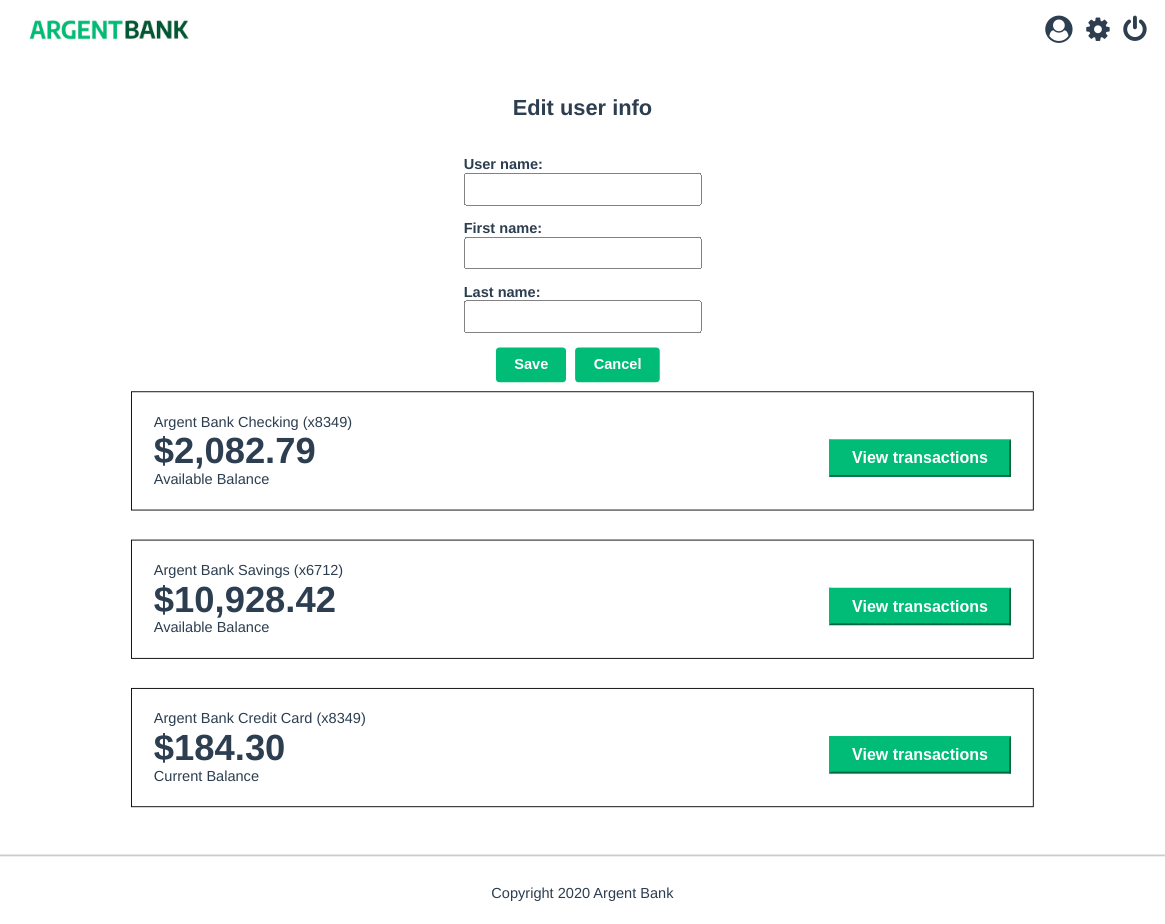
Repository: Dimple3377/ArgentBank-website
Page: /edit-user (app in banking-app/)
These files come from the project's save history. The page is drawn as it stood at one moment and after the next save; the edit follows.
The browser window is 1280 px wide. The pictures show the whole page, at 91% of full size.
The project was rebuilt for these pictures with package versions that can differ from the ones it lists, and the page was loaded fresh each time. Also part of the build but not shown: banking-app/src/components/Hero.jsx, banking-app/src/components/Feature.jsx, banking-app/src/pages/HomePage.jsx, banking-app/src/components/LoginForm.jsx, banking-app/src/pages/SignInPage.jsx, banking-app/src/pages/UserPage.jsx.

Above is the page before, as saved 2024-05-28 03:49:36.

### banking-app/src/index.jsx
import React from "react";
import ReactDOM from "react-dom/client";
import "./main.css";
import App from "./App";
import { Provider } from "react-redux";
import store from "./store";

const root = ReactDOM.createRoot(document.getElementById("root"));
root.render(
  <React.StrictMode>
    <Provider store={store}>
      <App />
    </Provider>
  </React.StrictMode>
);

### banking-app/src/main.css
html {
  font-family: Avenir, Helvetica, Arial, sans-serif;
  -webkit-font-smoothing: antialiased;
  -moz-osx-font-smoothing: grayscale;
  text-align: center;
  color: #2c3e50;
}

body {
  margin: 0;
  display: flex;
  flex-direction: column;
  min-height: 100vh;
}

.main {
  flex: 1;
}

.bg-dark {
  background-color: #12002b;
}

.sr-only {
  border: 0 !important;
  clip: rect(1px, 1px, 1px, 1px) !important;
  -webkit-clip-path: inset(50%) !important;
  clip-path: inset(50%) !important;
  height: 1px !important;
  margin: -1px !important;
  overflow: hidden !important;
  padding: 0 !important;
  position: absolute !important;
  width: 1px !important;
  white-space: nowrap !important;
}

.main-nav {
  display: flex;
  justify-content: space-between;
  align-items: center;
  padding: 5px 20px;
}

.main-nav a {
  font-weight: bold;
  color: #2c3e50;
}

.main-nav a.router-link-exact-active {
  color: #42b983;
}

.main-nav-item {
  text-decoration: none;
  margin-right: 0.5rem;
}

.main-nav-item:hover {
  text-decoration: underline;
}

.main-nav-logo {
  display: flex;
  align-items: center;
}

.main-nav-logo-image {
  max-width: 100%;
  width: 200px;
}

.hero {
  background-image: url("../src/assets/img/bank-tree.jpeg");
  background-position: 0 -50px;
  background-size: cover;
  background-repeat: no-repeat;
  height: 300px;
  position: relative;
}

.hero-content {
  position: relative;
  top: 2rem;
  width: 200px;
  background: white;
  padding: 2rem;
  text-align: left;
  margin: 0 auto;
}

.hero-content .subtitle {
  font-weight: bold;
  font-size: 1rem;
  margin: 0;
}

.hero-content .text {
  margin-bottom: 0;
  font-size: 0.9rem;
}

@media (min-width: 920px) {
  .hero {
    height: 400px;
    background-position: 0% 33%;
  }

  .hero-content {
    position: absolute;
    top: 50px;
    right: 50px;
    width: 300px;
    margin: 2rem;
  }

  .hero-content .subtitle {
    font-size: 1.5rem;
  }

  .hero-content .text {
    font-size: 1.2rem;
  }
}

.features {
  display: flex;
  flex-direction: column;
}

@media (min-width: 920px) {
  .features {
    flex-direction: row;
  }
}

.feature-icon {
  width: 100px;
  border: 10px solid #00bc77;
  border-radius: 50%;
  padding: 1rem;
}

.feature-item {
  flex: 1;
  padding: 2.5rem;
}

.feature-item-title {
  color: #222;
  font-size: 1.25rem;
  font-weight: bold;
  margin-bottom: 0.5rem;
}

.sign-in-button {
  display: block;
  width: 100%;
  padding: 8px;
  font-size: 1.1rem;
  font-weight: bold;
  margin-top: 1rem;
  border-color: #00bc77;
  background-color: #00bc77;
  color: #fff;
}

.sign-in-content {
  box-sizing: border-box;
  background-color: white;
  width: 300px;
  margin: 0 auto;
  margin-top: 3rem;
  padding: 2rem;
}

.sign-in-icon {
  font-size: 5rem;
}

.input-remember {
  display: flex;
}

.input-remember label {
  margin-left: 0.25rem;
}

.input-wrapper {
  display: flex;
  flex-direction: column;
  text-align: left;
  margin-bottom: 1rem;
}

.input-wrapper label {
  font-weight: bold;
}

.input-wrapper input {
  padding: 5px;
  font-size: 1.2rem;
}

.footer {
  display: flex;
  justify-content: center;
  border-top: 2px solid #ccc;
  padding: 2rem 0 1.5rem;
}

.footer-text {
  margin: 0;
  padding: 0;
}

.account {
  display: flex;
  justify-content: space-between;
  align-items: center;
  border: 1px solid black;
  background-color: #fff;
  width: 80%;
  margin: 0 auto;
  flex-direction: column;
  padding: 1.5rem;
  box-sizing: border-box;
  text-align: left;
  margin-bottom: 2rem;
}

.account-amount {
  margin: 0;
  font-size: 2.5rem;
  font-weight: bold;
}

.account-amount-description {
  margin: 0;
}

.account-title {
  margin: 0;
  padding: 0;
  font-size: 1rem;
  font-weight: normal;
}

.account-content-wrapper {
  width: 100%;
  flex: 1;
}

.edit-button {
  border-color: #00bc77;
  background-color: #00bc77;
  color: #fff;
  font-weight: bold;
  padding: 10px;
}

.header {
  color: #fff;
  margin-bottom: 2rem;
}

.transaction-button {
  display: block;
  width: 100%;
  padding: 8px;
  font-size: 1.1rem;
  font-weight: bold;
  margin-top: 1rem;
  border-color: #00bc77;
  background-color: #00bc77;
  color: #fff;
}

@media (min-width: 720px) {
  .account {
    flex-direction: row;
  }

  .account-content-wrapper.cta {
    flex: 0;
  }

  .transaction-button {
    width: 200px;
  }
}

### banking-app/src/App.jsx
import React from "react";
import { BrowserRouter as Router, Route, Routes } from "react-router-dom";
import HomePage from "./pages/HomePage";
import SignInPage from "./pages/SignInPage";
import UserPage from "./pages/UserPage";
import EditUserPage from "./pages/EditUserPage";
import "./main.css";

function App() {
  return (
    <Router>
      <Routes>
        <Route path="/" element={<HomePage />} />
        <Route path="/sign-in" element={<SignInPage />} />
        <Route path="/user" element={<UserPage />} />
        <Route path="/edit-user" element={<EditUserPage />} />
      </Routes>
    </Router>
  );
}

export default App;

### banking-app/src/store/index.jsx
import { configureStore } from "@reduxjs/toolkit";
import userReducer from "./userSlice";

export const store = configureStore({
  reducer: {
    user: userReducer,
    devTools: process.env.NODE_ENV !== "production",
  },
});

export default store;

### banking-app/src/pages/EditUserPage.jsx
import React from "react";
import Header from "../components/Header";
import Footer from "../components/Footer";
import EditNameForm from "../components/EditNameForm";
import "./EditUserPage.css";

const EditUserPage = () => {
  return (
    <>
      <Header />
      <main className="edit-user-main">
        <div className="edit-user-header">
          <h2>Edit user info</h2>
        </div>
        <EditNameForm />
        <h2 className="sr-only">Accounts</h2>
        <section className="account">
          <div className="account-content-wrapper">
            <h3 className="account-title">Argent Bank Checking (x8349)</h3>
            <p className="account-amount">$2,082.79</p>
            <p className="account-amount-description">Available Balance</p>
          </div>
          <div className="account-content-wrapper cta">
            <button className="transaction-button">View transactions</button>
          </div>
        </section>
        <section className="account">
          <div className="account-content-wrapper">
            <h3 className="account-title">Argent Bank Savings (x6712)</h3>
            <p className="account-amount">$10,928.42</p>
            <p className="account-amount-description">Available Balance</p>
          </div>
          <div className="account-content-wrapper cta">
            <button className="transaction-button">View transactions</button>
          </div>
        </section>
        <section className="account">
          <div className="account-content-wrapper">
            <h3 className="account-title">Argent Bank Credit Card (x8349)</h3>
            <p className="account-amount">$184.30</p>
            <p className="account-amount-description">Current Balance</p>
          </div>
          <div className="account-content-wrapper cta">
            <button className="transaction-button">View transactions</button>
          </div>
        </section>
      </main>
      <Footer />
    </>
  );
};

export default EditUserPage;

### banking-app/src/store/userSlice.jsx
import { createSlice, createAsyncThunk } from "@reduxjs/toolkit";
import axios from "axios";

const initialState = {
  user: null,
  token: null,
  status: "idle",
  error: null,
};

// Thunk pour la connexion de l'utilisateur
export const loginUser = createAsyncThunk("user/login", async (credentials) => {
  const response = await axios.post(
    "http://localhost:3001/api/v1/user/login",
    credentials
  );
  return { user: response.data.body.user, token: response.data.body.token };
});

// Thunk pour la mise à jour du profil utilisateur
export const updateUser = createAsyncThunk(
  "user/update",
  async (userData, { getState }) => {
    const state = getState();
    const token = state.user.token;
    const response = await axios.put(
      "http://localhost:3001/api/v1/user/profile",
      userData,
      {
        headers: {
          Authorization: `Bearer ${token}`,
        },
      }
    );
    return response.data.body;
  }
);

// Thunk pour récupérer le profil utilisateur
export const fetchUserProfile = createAsyncThunk(
  "user/fetchProfile",
  async (_, { getState }) => {
    const state = getState();
    const token = state.user.token;
    const response = await axios.get(
      "http://localhost:3001/api/v1/user/profile",
      {
        headers: {
          Authorization: `Bearer ${token}`,
        },
      }
    );
    return response.data.body;
  }
);

const userSlice = createSlice({
  name: "user",
  initialState,
  reducers: {
    logout: (state) => {
      state.user = null;
      state.token = null;
      state.status = "idle";
      state.error = null;
    },
  },
  extraReducers: (builder) => {
    builder
      .addCase(loginUser.pending, (state) => {
        state.status = "loading";
      })
      .addCase(loginUser.fulfilled, (state, action) => {
        state.status = "succeeded";
        state.user = action.payload.user;
        state.token = action.payload.token;
        state.error = null;
      })
      .addCase(loginUser.rejected, (state, action) => {
        state.status = "failed";
        state.error = action.error.message;
      })
      .addCase(updateUser.pending, (state) => {
        state.status = "loading";
      })
      .addCase(updateUser.fulfilled, (state, action) => {
        state.status = "succeeded";
        state.user = { ...state.user, ...action.payload };
        state.error = null;
      })
      .addCase(updateUser.rejected, (state, action) => {
        state.status = "failed";
        state.error = action.error.message;
      })
      .addCase(fetchUserProfile.pending, (state) => {
        state.status = "loading";
      })
      .addCase(fetchUserProfile.fulfilled, (state, action) => {
        state.status = "succeeded";
        state.user = action.payload;
        state.error = null;
      })
      .addCase(fetchUserProfile.rejected, (state, action) => {
        state.status = "failed";
        state.error = action.error.message;
      });
  },
});

export const { logout } = userSlice.actions;

export default userSlice.reducer;

### banking-app/src/components/Header.jsx
import React from "react";
import { Link, useLocation, useNavigate } from "react-router-dom";
import { useSelector, useDispatch } from "react-redux";
import { logout } from "../store/userSlice";
import logo from "../assets/img/argentBankLogo.png";
import "font-awesome/css/font-awesome.min.css";
import "../components/Header";
import "../pages/EditUserPage.css";

const Header = () => {
  const dispatch = useDispatch();
  const navigate = useNavigate();
  const { user } = useSelector((state) => state.user);
  const location = useLocation();

  const handleLogout = () => {
    dispatch(logout());
    navigate("/"); // vers la page d'accueil après la déconnexion
  };

  const isEditUserPage = location.pathname === "/edit-user";
  const navClass = isEditUserPage ? "main-nav edit-user-nav" : "main-nav";
  return (
    <nav className={navClass}>
      <Link className="main-nav-logo" to="/">
        <img
          className="main-nav-logo-image"
          src={logo}
          alt="Argent Bank Logo"
        />
        <h1 className="sr-only">Argent Bank</h1>
      </Link>
      <div>
        {location.pathname === "/edit-user" ? (
          <>
            {/* icônes spécifiques à EditUserPage */}
            <span>{user?.userName}</span>
            <i className="fa fa-user-circle"></i>
            <i className="fa fa-cog"></i>
            <i className="fa fa-power-off" onClick={handleLogout}></i>
          </>
        ) : user ? (
          <>
            <Link className="main-nav-item" to="/user">
              <i className="fa fa-user-circle"></i>
              {user.userName}
            </Link>
            <Link className="main-nav-item" to="/" onClick={handleLogout}>
              <i className="fa fa-sign-out"></i>
              Sign Out
            </Link>
          </>
        ) : (
          <Link className="main-nav-item" to="/sign-in">
            <i className="fa fa-user-circle"></i>
            Sign In
          </Link>
        )}
      </div>
    </nav>
  );
};

export default Header;

### banking-app/src/components/Footer.jsx
import React from "react";

const Footer = () => {
  return (
    <footer className="footer">
      <p className="footer-text">Copyright 2020 Argent Bank</p>
    </footer>
  );
};

export default Footer;

### banking-app/src/components/EditNameForm.jsx
import React, { useState, useEffect } from "react";
import { useDispatch, useSelector } from "react-redux";
import { updateUser } from "../store/userSlice";
import { useNavigate } from "react-router-dom";

const EditNameForm = ({ onSave, onCancel }) => {
  const dispatch = useDispatch();
  const { user } = useSelector((state) => state.user);

  const [firstName, setFirstName] = useState(user?.firstName || "");
  const [lastName, setLastName] = useState(user?.lastName || "");
  const [userName, setUserName] = useState(user?.userName || "");
  const [updateSuccess, setUpdateSuccess] = useState(false);

  const handleSubmit = (e) => {
    e.preventDefault();
    const updatedUser = { firstName, lastName, userName };
    dispatch(updateUser(updatedUser)).then((response) => {
      if (response.meta.requestStatus === "fulfilled") {
        setUpdateSuccess(true);
      }
    });
  };

  useEffect(() => {
    if (updateSuccess) {
      onSave();
    }
  }, [updateSuccess, onSave]);

  return (
    <form onSubmit={handleSubmit} className="edit-name-form">
      <div className="input-wrapper">
        <label htmlFor="userName">User name:</label>
        <input
          type="text"
          id="userName"
          value={userName}
          onChange={(e) => setUserName(e.target.value)}
        />
      </div>
      <div className="input-wrapper">
        <label htmlFor="firstName">First name:</label>
        <input
          type="text"
          id="firstName"
          value={firstName}
          onChange={(e) => setFirstName(e.target.value)}
        />
      </div>
      <div className="input-wrapper">
        <label htmlFor="lastName">Last name:</label>
        <input
          type="text"
          id="lastName"
          value={lastName}
          onChange={(e) => setLastName(e.target.value)}
        />
      </div>
      <button type="submit" className="edit-button">
        Save
      </button>
      <button type="button" className="edit-button" onClick={onCancel}>
        Cancel
      </button>
    </form>
  );
};

export default EditNameForm;

### banking-app/src/pages/EditUserPage.css
.edit-user-nav .fa {
  font-size: 30px;
  margin-left: 15px;
}

.edit-user-nav .username {
  margin-right: 10px;
}

.edit-button {
  margin-right: 10px;
  margin-bottom: 10px;
}

.edit-user-main {
  display: flex;
  flex-direction: column;
  align-items: center;
  padding: 20px;
}

.edit-user-header {
  text-align: center;
  margin-bottom: 20px;
}

.form-buttons {
  display: flex;
  justify-content: space-between;
  width: 100%;
  max-width: 320px;
  margin-top: 20px;
}

.edit-button {
  padding: 10px 20px;
  font-size: 16px;
  background-color: #00bc77;
  color: white;
  border: none;
  border-radius: 4px;
  cursor: pointer;
}

.edit-button:hover {
  background-color: #00a566;
}

### banking-app/src/components/EditNameForm.css
.edit-name-form {
  display: flex;
  flex-direction: column;
  align-items: center;
  width: 100%;
  max-width: 400px; /* Ajustez la largeur selon vos besoins */
  margin: 0 auto; /* Centrer le formulaire */
}

.input-wrapper {
  display: flex;
  flex-direction: column;
  align-items: flex-start;
  width: 100%;
  margin-bottom: 1rem;
}

.input-wrapper label {
  margin-bottom: 0.5rem;
  font-weight: bold;
}

.input-wrapper input {
  width: 100%;
  padding: 0.5rem;
  border: 1px solid #ccc;
  border-radius: 4px;
}

.edit-button {
  width: 100%;
  max-width: 150px;
  padding: 0.5rem;
  margin: 0.5rem;
  background-color: #007bff;
  color: white;
  border: none;
  border-radius: 4px;
  cursor: pointer;
}

.edit-button:hover {
  background-color: #0056b3;
}

.button-container {
  display: flex;
  justify-content: space-between;
  width: 100%;
  max-width: 400px; /* Ajustez la largeur selon vos besoins */
}

Loaded but not shown: banking-app/public/index.html (common file)

After the next save:
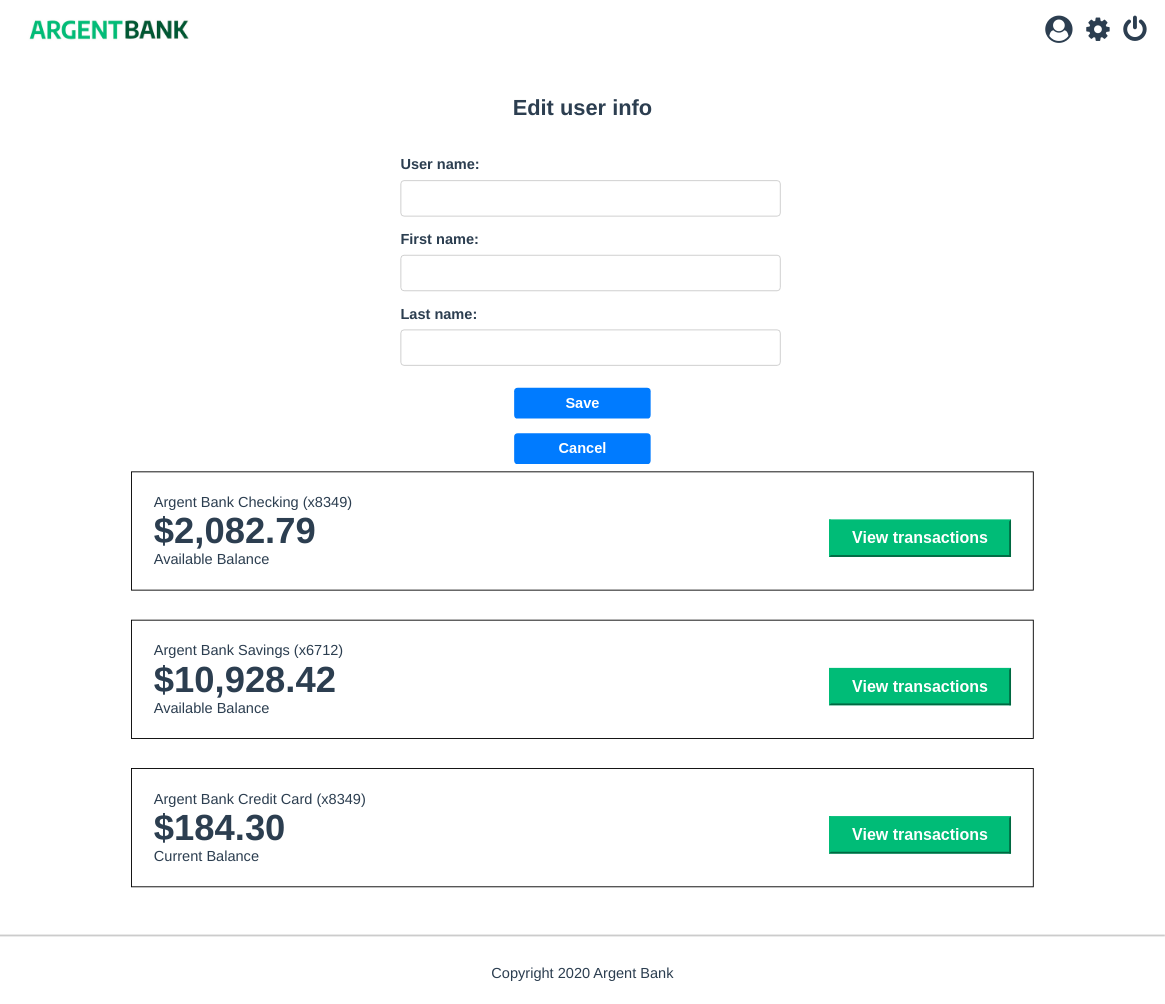
Saved 59 s later.
--- a/banking-app/src/components/EditNameForm.jsx
+++ b/banking-app/src/components/EditNameForm.jsx
@@ -2,6 +2,7 @@ import React, { useState, useEffect } from "react";
 import { useDispatch, useSelector } from "react-redux";
 import { updateUser } from "../store/userSlice";
 import { useNavigate } from "react-router-dom";
+import "../components/EditNameForm.css";
 
 const EditNameForm = ({ onSave, onCancel }) => {
   const dispatch = useDispatch();
